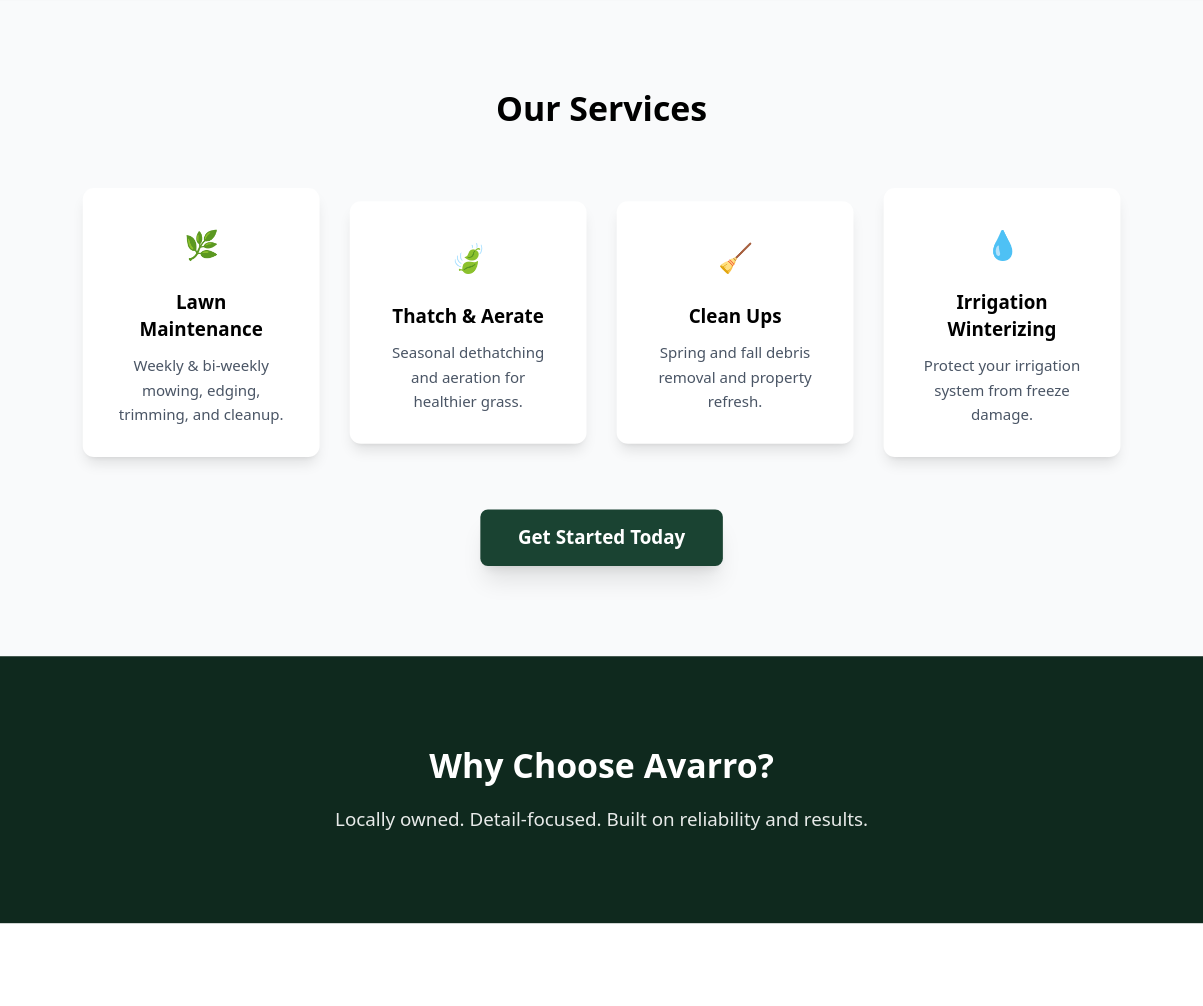
Repository: KalebMalone/Avarro
Page: /
The author's editor kept a copy of each file at every save. The page is drawn from the files as they stood at one save, then again after the next save.
The browser window is 1280 px wide. The pictures show the part of the page from y = 648 to 1718 px (the page is 1718 px tall), at 94% of full size.
The project was rebuilt for these pictures with package versions that can differ from the ones it lists, and the page was loaded fresh each time. Also part of the build but not shown: vite.config.js, src/pages/ServicesPage.jsx, src/pages/About.jsx, src/components/ContactForm.jsx, src/pages/Contact.jsx.

Above is the page before, as saved 2026-01-28 13:48:05.

After the next save:
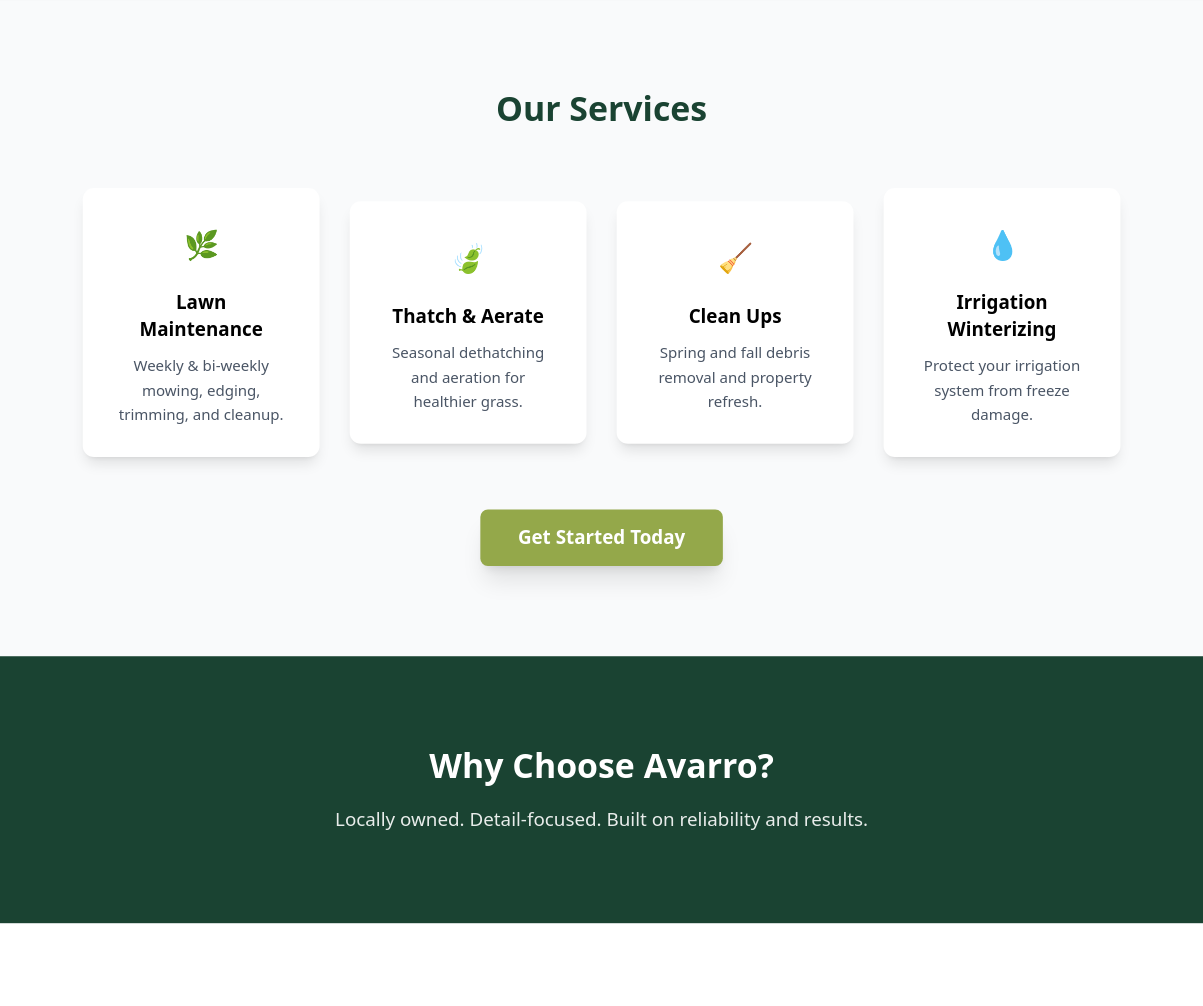
Saved 7 s later.
--- a/src/pages/Home.jsx
+++ b/src/pages/Home.jsx
@@ -8,7 +8,7 @@
             <Hero />
 
             <section className="py-24 bg-gray-50">
-                <h2 className="text-4xl font-extrabold text-center mb-16">
+                <h2 className="text-4xl font-extrabold text-center mb-16 text-[#1a4332]">
                     Our Services
                 </h2>
                 <div className="max-w-6xl mx-auto px-6">
@@ -18,15 +18,15 @@
                 <div className="text-center mt-14">
                     <Link
                         to="/contact"
-                        /* Using HEX code to ensure the color shows up regardless of config */
-                        className="inline-block bg-[#1a4332] hover:bg-[#0f291e] text-white px-10 py-4 rounded-lg font-bold text-xl shadow-xl no-underline transition-transform active:scale-95"
+                        className="inline-block bg-[#94a84a] hover:bg-[#1a4332] text-white px-10 py-4 rounded-lg font-bold text-xl shadow-xl no-underline transition active:scale-95"
                     >
                         Get Started Today
                     </Link>
                 </div>
             </section>
 
-            <section className="py-24 bg-[#0f291e] text-white text-center">
+            {/* Contrast section - Matches the logo and hovers */}
+            <section className="py-24 bg-[#1a4332] text-white text-center">
                 <h2 className="text-4xl font-extrabold mb-6">
                     Why Choose Avarro?
                 </h2>
